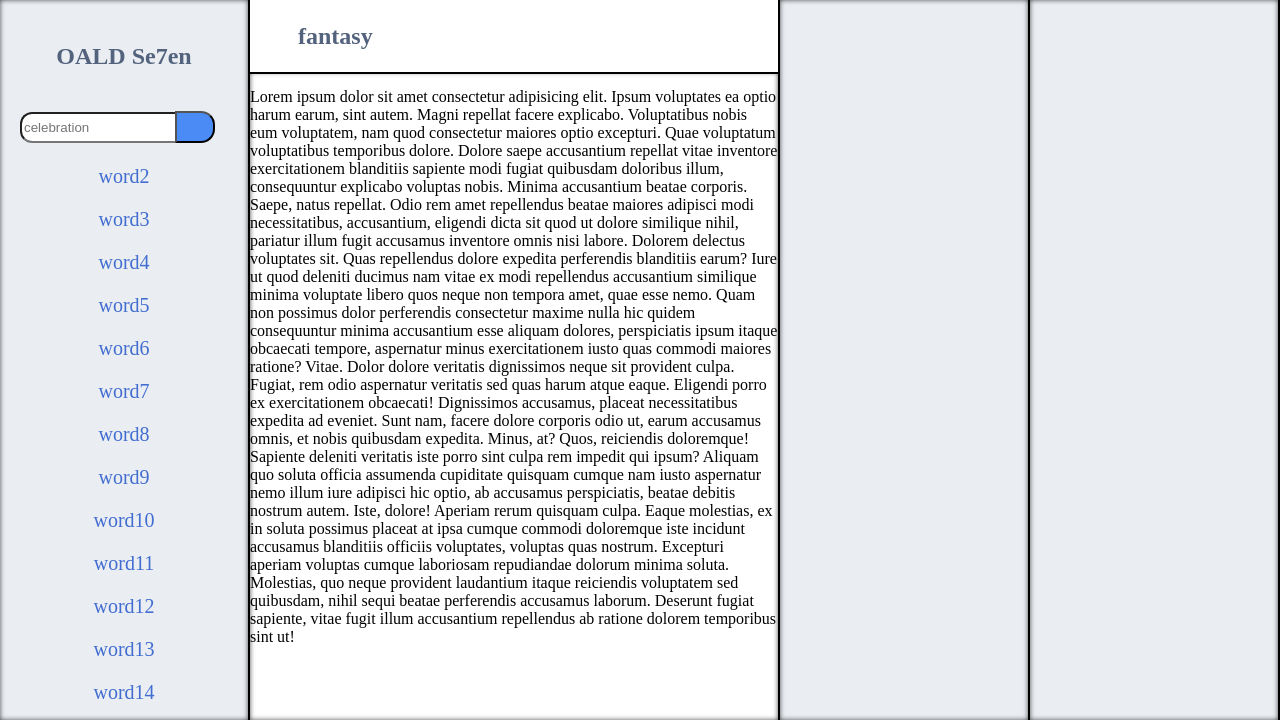
Repository: JJianZ/miao
Page: a.html
An editor plug-in stored every save of this project. The page is shown before and after the next save, followed by the edit.
The browser window is 1280 px wide. The pictures show the whole page.

Above is the page before, as saved 2021-11-23 10:48:02.

### a.html
<!DOCTYPE html>
<html lang="en">
<head>
  <meta charset="UTF-8">
  <meta http-equiv="X-UA-Compatible" content="IE=edge">
  <meta name="viewport" content="width=device-width, initial-scale=1.0">
  <title>Document</title>
  <style>
    html,body {
      margin: 0;
      padding: 0;
      height: 100%;
    }

    div {
      /* width: 100%; */
      height: 100%;
      position: relative;
      min-width: 300px;
      overflow: auto;
    }
    div > * {
      box-shadow:0px 0px 5px rgba(0,0,0,0.7) inset;
    }
    aside {
      position: absolute;
      width: 250px;
      height: 100%;
      background-color: #eaeef3;
      border-right: black 2px solid;
      box-sizing: border-box;
      overflow: auto;
    }
    h2 {
      position: relative;
      height: 72px;
      line-height: 72px;
      color: #53637d;
    }
    .first h2 {
      text-align: center;
    }
    .first input {
      position: absolute;
      height: 25px;
      width: 150px;
      left: 20px;
      border-radius: 12px 0  0  12px;
    }
    .first button {
      position: absolute;
      background-color: #4a8bf5;
      height: 32px;
      width: 40px;
      top: 111px;
      left: 175px;
      border-radius: 0 14px 14px 0;
    }
    .first ul {
      padding: 0;
      list-style: none;
      font-size: 20px;
      text-align: center;
    }
    .first ul a {
      color: #426dd0;
      text-decoration: none;
      display: inline-block;
      padding: 10px 0;
    }
    .first ul a:hover {
      width: 100%;
      color: black;
      background-color: #bbcee9;
    }
    header {
      position: absolute;
      left: 250px;
      height: 72px;
      right: 500px;
      line-height: 70px;
      border-bottom: black 2px solid;
      border-right: black 2px solid;
      box-shadow: none;
    }
    header h2 {
      left: 2em;
      top: -20px;
    }
    main {
      position: absolute;
      top: 72px;
      left: 250px;
      right: 500px;
      bottom: 0;
      border-right: black 2px solid;
      overflow: auto;
    }
    .second {
      right: 250px;
    }
    .third {
      right: 0px;
    }
  </style>
</head>
<body>
  <div>
    <aside class="first">
      <h2>OALD Se7en</h2>
      <input type="text" placeholder="celebration">
      <button></button>
      <ul>
        <li><a href="#">word1</a></li>
        <li><a href="#">word2</a></li>
        <li><a href="#">word3</a></li>
        <li><a href="#">word4</a></li>
        <li><a href="#">word5</a></li>
        <li><a href="#">word6</a></li>
        <li><a href="#">word7</a></li>
        <li><a href="#">word8</a></li>
        <li><a href="#">word9</a></li>
        <li><a href="#">word10</a></li>
        <li><a href="#">word11</a></li>
        <li><a href="#">word12</a></li>
        <li><a href="#">word13</a></li>
        <li><a href="#">word14</a></li>
        <li><a href="#">word15</a></li>
        <li><a href="#">word16</a></li>
        <li><a href="#">word17</a></li>
        <li><a href="#">word18</a></li>
        <li><a href="#">word19</a></li>
        <li><a href="#">word20</a></li>
        <li><a href="#">word21</a></li>
        <li><a href="#">word22</a></li>
        <li><a href="#">word23</a></li>
        <li><a href="#">word24</a></li>
        <li><a href="#">word25</a></li>
        <li><a href="#">word26</a></li>
        <li><a href="#">word27</a></li>
        <li><a href="#">word28</a></li>
        <li><a href="#">word29</a></li>
        <li><a href="#">word30</a></li>
      </ul>
    </aside>
    <header>
      <h2>fantasy</h2>
    </header>
    <main>
      <p>
        Lorem ipsum dolor sit amet consectetur adipisicing elit. Ipsum voluptates ea optio harum earum, sint autem. Magni repellat facere explicabo. Voluptatibus nobis eum voluptatem, nam quod consectetur maiores optio excepturi.
        Quae voluptatum voluptatibus temporibus dolore. Dolore saepe accusantium repellat vitae inventore exercitationem blanditiis sapiente modi fugiat quibusdam doloribus illum, consequuntur explicabo voluptas nobis. Minima accusantium beatae corporis. Saepe, natus repellat.
        Odio rem amet repellendus beatae maiores adipisci modi necessitatibus, accusantium, eligendi dicta sit quod ut dolore similique nihil, pariatur illum fugit accusamus inventore omnis nisi labore. Dolorem delectus voluptates sit.
        Quas repellendus dolore expedita perferendis blanditiis earum? Iure ut quod deleniti ducimus nam vitae ex modi repellendus accusantium similique minima voluptate libero quos neque non tempora amet, quae esse nemo.
        Quam non possimus dolor perferendis consectetur maxime nulla hic quidem consequuntur minima accusantium esse aliquam dolores, perspiciatis ipsum itaque obcaecati tempore, aspernatur minus exercitationem iusto quas commodi maiores ratione? Vitae.
        Dolor dolore veritatis dignissimos neque sit provident culpa. Fugiat, rem odio aspernatur veritatis sed quas harum atque eaque. Eligendi porro ex exercitationem obcaecati! Dignissimos accusamus, placeat necessitatibus expedita ad eveniet.
        Sunt nam, facere dolore corporis odio ut, earum accusamus omnis, et nobis quibusdam expedita. Minus, at? Quos, reiciendis doloremque! Sapiente deleniti veritatis iste porro sint culpa rem impedit qui ipsum?
        Aliquam quo soluta officia assumenda cupiditate quisquam cumque nam iusto aspernatur nemo illum iure adipisci hic optio, ab accusamus perspiciatis, beatae debitis nostrum autem. Iste, dolore! Aperiam rerum quisquam culpa.
        Eaque molestias, ex in soluta possimus placeat at ipsa cumque commodi doloremque iste incidunt accusamus blanditiis officiis voluptates, voluptas quas nostrum. Excepturi aperiam voluptas cumque laboriosam repudiandae dolorum minima soluta.
        Molestias, quo neque provident laudantium itaque reiciendis voluptatem sed quibusdam, nihil sequi beatae perferendis accusamus laborum. Deserunt fugiat sapiente, vitae fugit illum accusantium repellendus ab ratione dolorem temporibus sint ut!
      </p>
    </main>
    <aside class="second"></aside>
    <aside class="third"></aside>
  </div>
</body>
</html>

After the next save:
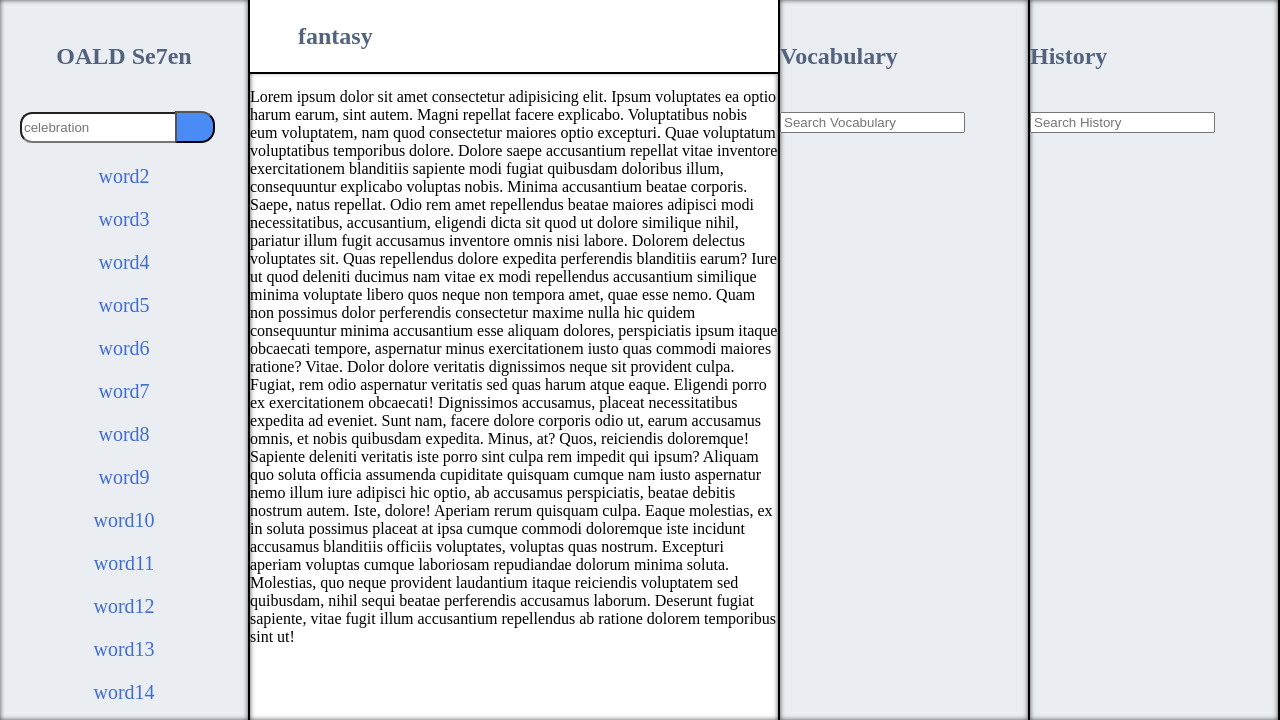
Saved 34 s later.
--- a/a.html
+++ b/a.html
@@ -160,8 +160,14 @@
         Molestias, quo neque provident laudantium itaque reiciendis voluptatem sed quibusdam, nihil sequi beatae perferendis accusamus laborum. Deserunt fugiat sapiente, vitae fugit illum accusantium repellendus ab ratione dolorem temporibus sint ut!
       </p>
     </main>
-    <aside class="second"></aside>
-    <aside class="third"></aside>
+    <aside class="second">
+      <h2>Vocabulary</h2>
+      <input type="text" placeholder="Search Vocabulary">
+    </aside>
+    <aside class="third">
+      <h2>History</h2>
+      <input type="text" placeholder="Search History">
+    </aside>
   </div>
 </body>
 </html>
